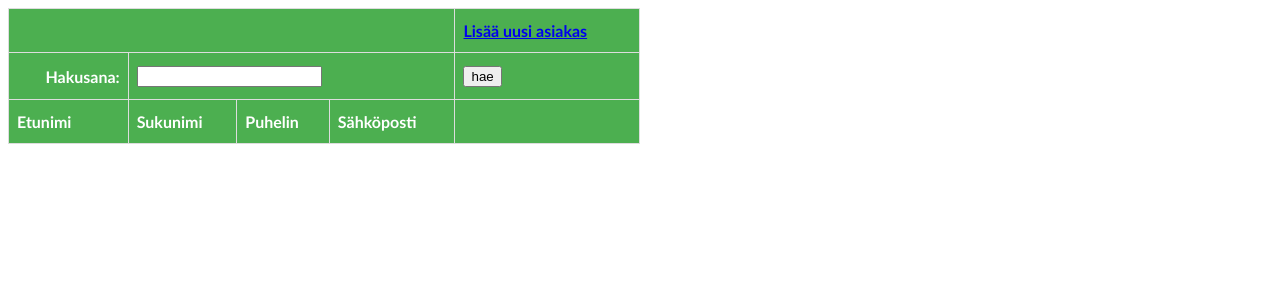
Repository: Muutostehdas/Viikko7
Page: http://localhost/Asiakas_NatiiviJS/listaaasiakkaat.jsp
An editor plug-in stored every save of this project. The page is shown before and after the next save, followed by the edit.
The browser window is 1280 px wide. The pictures show the whole page.
The page is served by Tomcat 9. Other server files are loaded and not shown.

Above is the page before, as saved 2021-05-14 19:02:22.
Console error: ReferenceError: haeTiedot is not defined

### Asiakas_NatiiviJS/WebContent/listaaasiakkaat.jsp
<%@ page language="java" contentType="text/html; charset=ISO-8859-1"
	pageEncoding="ISO-8859-1"%>
<!DOCTYPE html>
<html>
<head>
<meta charset="ISO-8859-1">
<link rel="stylesheet" type="text/css" href="css/main1.css">
<script src="scripts/main.js"></script>
<title>listaa asiakkaat</title>
<style>
.oikealle {
	text-align: right;
}
</style>
</head>
<body onkeydown="tutkiKey(event)">
	<table id="listaus">
		<thead>
			<tr>
				<th colspan="4" id="ilmo"></th>
				<th><a id="uusiAsiakas" href="lisaaasiakas.jsp">Lisää uusi
						asiakas</a></th>
			</tr>
			<tr>
				<th class="oikealle">Hakusana:</th>
				<th colspan="3"><input type="text" id="hakusana"></th>
				<th><input type="button" value="hae" id="hakunappi"
					onclick="haeAsiakkaat()"></th>
			</tr>
			<tr>
				<th>Etunimi</th>
				<th>Sukunimi</th>
				<th>Puhelin</th>
				<th>Sähköposti</th>
				<th>&nbsp;</th>
				<!--  &nbsp; välilyönti jolla saadaan paremman näköinen   -->

			</tr>
		</thead>
		<tbody id="tbody">
		</tbody>
	</table>
	<script>
		haeTiedot();
		document.getElementById("hakusana").focus();//viedään kursori hakusana-kenttään sivun latauksen yhteydessä

		function tutkiKey(event) {
			if (event.keyCode == 13) {//Enter
				haeAsiakkaat();
			}
		}

		//Funktio tietojen hakemista varten
		//GET   /asiakkaat/{hakusana}
		function haeAsiakkaat() {
			document.getElementById("tbody").innerHTML = "";
			fetch("asiakkaat/" + document.getElementById("hakusana").value, {//Lähetetään kutsu backendiin
				method : 'GET'
			})
					.then(function(response) {//Odotetaan vastausta ja muutetaan JSON-vastaus objektiksi
						console.log(response);
						return response.json()
					})
					.then(
							function(responseJson) {
								var asiakkaat = responseJson.asiakkaat;
								var htmlStr = "";
								for (var i = 0; i < asiakkaat.length; i++) {
									htmlStr += "<tr>";
									htmlStr += "<td>" + asiakkaat[i].etunimi
											+ "</td>";
									htmlStr += "<td>" + asiakkaat[i].sukunimi
											+ "</td>";
									htmlStr += "<td>" + asiakkaat[i].puhelin
											+ "</td>";
									htmlStr += "<td>" + asiakkaat[i].sposti
											+ "</td>";
									htmlStr += "<td><a href='muutaasiakas.jsp?asiakas_id="
											+ asiakkaat[i].asiakas_id
											+ "'>Muuta</a>&nbsp;";
									htmlStr += "<span class='poista' onclick=poista('"
											+ asiakkaat[i].asiakas_id
											+ "')>Poista</span></td>";
									htmlStr += "</tr>";
								}
								document.getElementById("tbody").innerHTML = htmlStr;
							})
		}

		//Funktio tietojen poistamista varten. Kutsutaan backin DELETE-metodia ja välitetään poistettavan tiedon id.
		//DELETE /autot/id

		function poista(asiakas_id) {
			if (confirm("Poista asiakas " + asiakas_id + "?")) {
				fetch("asiakkaat/" + asiakas_id, {//Lähetetään kutsu backendiin
					method : 'DELETE'
				})
						.then(function(response) {//Odotetaan vastausta ja muutetaan JSON-vastaus objektiksi
							return response.json()
						})
						.then(
								function(responseJson) {//Otetaan vastaan objekti responseJson-parametrissä
									var vastaus = responseJson.response;
									if (vastaus == 0) {
										document.getElementById("ilmo").innerHTML = "Asiakkaan poisto epäonnistui.";
									} else if (vastaus == 1) {
										document.getElementById("ilmo").innerHTML = "Asiakkaan "
												+ etunimi + " poisto onnistui.";
										haeTiedot();
									}
									setTimeout(
											function() {
												document.getElementById("ilmo").innerHTML = "";
											}, 5000);
								})
			}
		}
	</script>
</body>
</html>

### Asiakas_NatiiviJS/WebContent/css/main1.css
@charset "ISO-8859-1";
table {
  font-family: "Trebuchet MS", Arial, Helvetica, sans-serif;
  border-collapse: collapse;
  width: 50%;
}

table td, table th {
  border: 1px solid #ddd;
  padding: 8px;
}

table tbody tr:nth-child(even){background-color: #f2f2f2;}

table tbody tr:hover {background-color: #ddd;}

table th {
  padding-top: 12px;
  padding-bottom: 12px;
  text-align: left;
  background-color: #4CAF50;
  color: white;
}

.poista{
	color: red;
	text-decoration: underline;
	cursor: pointer;
}

.oikealle{
	text-align: right;

}

#uusiAuto, #takaisin{
	color: white;
	cursor: pointer;
}

### Asiakas_NatiiviJS/WebContent/scripts/main.js

function requestURLParam(sParam){
    var sPageURL = window.location.search.substring(1);
    var sURLVariables = sPageURL.split("&");
    for (var i = 0; i < sURLVariables.length; i++){
        var sParameterName = sURLVariables[i].split("=");
        if(sParameterName[0] == sParam){
            return sParameterName[1];
        }
    }
}
function formDataToJSON(data){
	var returnStr="{";
	for(var i=0; i<data.length; i++){
		returnStr+="\"" +data[i].name + "\":\"" + data[i].value + "\",";
	}
	returnStr = returnStr.substring(0, returnStr.length - 1); //poistetaan viimeinen pilkku
	returnStr+="}";
	return returnStr;
}

function siivoa(teksti){
	teksti=teksti.replace("<","");
	teksti=teksti.replace(";","");
	teksti=teksti.replace("'","''");
	return teksti;
}

### Asiakas_NatiiviJS/src/control/Asiakkaat.java
package control;

import java.io.IOException;
import java.io.PrintWriter;
import java.util.ArrayList;
import javax.servlet.ServletException;
import javax.servlet.annotation.WebServlet;
import javax.servlet.http.HttpServlet;
import javax.servlet.http.HttpServletRequest;
import javax.servlet.http.HttpServletResponse;
import org.json.JSONObject;
import model.Asiakas;
import model.dao.Dao;


@WebServlet("/asiakkaat/*")					//kutsutaan Enpoint = "asiakkaat" huom kirj.pienellä
public class Asiakkaat extends HttpServlet {
	private static final long serialVersionUID = 1L;

	public Asiakkaat() {
		super();
		System.out.println("Asiakkaat.Asiakkaat()");
	}


	//Haetaan asiakkaan tiedot
	//GET 	/asiakkaat
    //GET  /asiakkaat/{hakusana}
    //GET /asiakkaat/haeyksi/asiakas_id


	protected void doGet(HttpServletRequest request, HttpServletResponse response) throws ServletException, IOException {
		System.out.println("Asiakkaat.doGet()");
		String pathInfo = request.getPathInfo();	//haetaan kutsun polkutiedot, esim. /8
		System.out.println("polku: "+pathInfo);
		Dao dao = new Dao();
		ArrayList<Asiakas> asiakkaat;
		String strJSON="";
		if(pathInfo==null) { //Haetaan kaikki asiakkaat
			asiakkaat = dao.listaaKaikki();
			strJSON = new JSONObject().put("asiakkaat", asiakkaat).toString();
		}else if(pathInfo.indexOf("haeyksi")!=-1) {		//polussa on sana "haeyksi", eli haetaan yhden asiakkaan tiedot
			//String asiakastunnus = pathInfo.replace("/haeyksi/", ""); //poistetaan polusta "/haeyksi/", jäljelle jää asiakas_id
			//int asiakas_id = Integer.parseInt(asiakastunnus);  //konvertoidaan String asiakastunnus Itegeriksi
			int asiakas_id = Integer.parseInt(pathInfo.replace("/haeyksi/", "")); //poistetaan polusta "/haeyksi/", jäljelle jää asiakas_id
			Asiakas asiakas = dao.etsiAsiakas(asiakas_id);
			if(asiakas ==null) {
				strJSON = "{}";
			}else {
			JSONObject JSON = new JSONObject();
			JSON.put("asiakas_id", asiakas.getAsiakas_id());
			JSON.put("etunimi", asiakas.getEtunimi());
			JSON.put("sukunimi", asiakas.getSukunimi());
			JSON.put("puhelin", asiakas.getPuhelin());
			JSON.put("sposti", asiakas.getSposti());
			strJSON = JSON.toString();
			}
		}else{ //Haetaan hakusanan mukaiset asiakkaat
			String hakusana = pathInfo.replace("/", "");
			asiakkaat = dao.listaaKaikki(hakusana);
			strJSON = new JSONObject().put("asiakkaat", asiakkaat).toString();
		}
		response.setContentType("application/json");
		PrintWriter out = response.getWriter();
		out.println(strJSON);
	}


	// Lisätään Asiakas kantaan
	protected void doPost(HttpServletRequest request, HttpServletResponse response)
			throws ServletException, IOException {
		System.out.println("Asiakkaat.doPost()");
		JSONObject jsonObj = new JsonStrToObj().convert(request); //Muutetaan kutsun mukana tuleva json-string json-objektiksi
		Asiakas asiakas = new Asiakas();
		//asiakas.setAsiakas_id(jsonObj.getInt("asiakas_id"));
		asiakas.setEtunimi(jsonObj.getString("etunimi"));
		asiakas.setSukunimi(jsonObj.getString("sukunimi"));
		asiakas.setPuhelin(jsonObj.getString("puhelin"));
		asiakas.setSposti(jsonObj.getString("sposti"));
		response.setContentType("application/json");
		PrintWriter out = response.getWriter();
		Dao dao = new Dao();
		if(dao.lisaaAsiakas(asiakas)){ //metodi palauttaa true/false
			out.println("{\"response\":1}");  //Asiakkaan lisääminen onnistui {"response":1}
		}else{
			out.println("{\"response\":0}");  //Asiakkaan lisääminen epäonnistui {"response":0}
		}
	}

	// Asiakkaan muuttaminen
	protected void doPut(HttpServletRequest request, HttpServletResponse response)
			throws ServletException, IOException {
		System.out.println("Asiakkaat.doPut()");
		JSONObject jsonObj = new JsonStrToObj().convert(request); //Muutetaan kutsun mukana tuleva json-string json-objektiksi
		//String vanhaasiakas_id = jsonObj.getString("vanhaasiakas_id");
		//String asiakas_id = jsonObj.getString("asiakas_id");
		//int vanhaasiakasnro = Integer.parseInt(jsonObj.getString("vanhaasiakas_id"));
		//int asiakas_id = Integer.parseInt(jsonObj.getString("asiakas_id"));
		Asiakas asiakas = new Asiakas();
		asiakas.setAsiakas_id(Integer.parseInt(jsonObj.getString("asiakas_id")));
		asiakas.setEtunimi(jsonObj.getString("etunimi"));
		asiakas.setSukunimi(jsonObj.getString("sukunimi"));
		asiakas.setPuhelin(jsonObj.getString("puhelin"));
		asiakas.setSposti(jsonObj.getString("sposti"));
		response.setContentType("application/json");
		PrintWriter out = response.getWriter();
		Dao dao = new Dao();
		if(dao.muutaAsiakas(asiakas)){ //metodi palauttaa true/false
			out.println("{\"response\":1}");  //Asiakkaan muuttaminen onnistui {"response":1}
		}else{
			out.println("{\"response\":0}");  //Asiakkaan muuttaminen epäonnistui {"response":0}
		}
	}
	//Asiakkaan poistaminen
	protected void doDelete(HttpServletRequest request, HttpServletResponse response)
			throws ServletException, IOException {
		System.out.println("Asiakkaat.doDelete()");
		String pathInfo = request.getPathInfo();	//haetaan kutsun polkutiedot, esim. /8 (asiakas_id)
		//System.out.println("polku: "+pathInfo);
		//String poistettavaAsiakas_id = pathInfo.replace("/", "");
		//int asiakas_id = Integer.parseInt(poistettavaAsiakas_id);   //muunnos String to Int
		int asiakas_id = Integer.parseInt(pathInfo.replace("/", ""));
		Dao dao = new Dao();
		response.setContentType("application/json");
		PrintWriter out = response.getWriter();
		//Dao dao = new Dao();
		if(dao.poistaAsiakas(asiakas_id)){ //metodi palauttaa true/false
			out.println("{\"response\":1}");  //Asiakkkaan poistaminen onnistui {"response":1}
		}else{
			out.println("{\"response\":0}");  //Asiakkaan poistaminen epäonnistui {"response":0}
		}
	}



}

### Asiakas_NatiiviJS/src/model/dao/Dao.java
package model.dao;

import java.sql.Connection;
import java.sql.DriverManager;
import java.sql.PreparedStatement;
import java.sql.ResultSet;
import java.util.ArrayList;
import model.Asiakas;

public class Dao {
	private Connection con = null;
	private ResultSet rs = null;
	private PreparedStatement stmtPrep = null;
	private String sql;
	private String db = "Myynti.sqlite";

	private Connection yhdista() {
		Connection con = null;
		String path = System.getProperty("catalina.base");
		path = path.substring(0, path.indexOf(".metadata")).replace("\\", "/"); // Eclipsessa
		// path += "/webapps/"; //Tuotannossa. Laita tietokanta webapps-kansioon
		String url = "jdbc:sqlite:" + path + db;
		try {
			Class.forName("org.sqlite.JDBC");
			con = DriverManager.getConnection(url);
			System.out.println("Yhteys avattu.");
		} catch (Exception e) {
			System.out.println("Yhteyden avaus epäonnistui.");
			e.printStackTrace();
		}
		return con;
	}

	public ArrayList<Asiakas> listaaKaikki() {
		ArrayList<Asiakas> asiakkaat = new ArrayList<Asiakas>();
		sql = "SELECT * FROM asiakkaat";
		try {
			con = yhdista();
			if (con != null) { // jos yhteys onnistui
				stmtPrep = con.prepareStatement(sql);
				rs = stmtPrep.executeQuery();
				if (rs != null) { // jos kysely onnistui
					// con.close();
					while (rs.next()) {
						Asiakas asiakas = new Asiakas();
						asiakas.setAsiakas_id(rs.getInt(1));
						asiakas.setEtunimi(rs.getString(2));
						asiakas.setSukunimi(rs.getString(3));
						asiakas.setPuhelin(rs.getString(4));
						asiakas.setSposti(rs.getString(5));
						asiakkaat.add(asiakas);
					}
				}
			}
			con.close();
		} catch (Exception e) {
			e.printStackTrace();
		}
		return asiakkaat;
	}

	public ArrayList<Asiakas> listaaKaikki(String hakusana) {
		ArrayList<Asiakas> asiakkaat = new ArrayList<Asiakas>();
		sql = "SELECT * FROM asiakkaat WHERE etunimi LIKE ? or sukunimi LIKE ? or sposti LIKE?";
		try {
			con = yhdista();
			if (con != null) { // jos yhteys onnistui
				stmtPrep = con.prepareStatement(sql);
				stmtPrep.setString(1, "%" + hakusana + "%");
				stmtPrep.setString(2, "%" + hakusana + "%");
				stmtPrep.setString(3, "%" + hakusana + "%");
				rs = stmtPrep.executeQuery();
				if (rs != null) { // jos kysely onnistui
					// con.close();
					while (rs.next()) {
						Asiakas asiakas = new Asiakas();
						asiakas.setAsiakas_id(rs.getInt(1));
						asiakas.setEtunimi(rs.getString(2));
						asiakas.setSukunimi(rs.getString(3));
						asiakas.setPuhelin(rs.getString(4));
						asiakas.setSposti(rs.getString(5));
						asiakkaat.add(asiakas);
					}
				}
			}
			con.close();
		} catch (Exception e) {
			e.printStackTrace();
		}
		return asiakkaat;
	}

	public boolean lisaaAsiakas(Asiakas asiakas){
		boolean paluuArvo=true;  //Määritellään paluuarvo
		sql="INSERT INTO asiakkaat (etunimi,sukunimi,puhelin,sposti) VALUES(?,?,?,?)";	  // Lisätäään tietokantaan asiakas. eka? kohdistuu Etunimi
		try {
			con = yhdista();
			stmtPrep=con.prepareStatement(sql);
			//stmtPrep.setInt(1, asiakas.getAsiakas_id());
			stmtPrep.setString(1, asiakas.getEtunimi());
			stmtPrep.setString(2, asiakas.getSukunimi());
			stmtPrep.setString(3, asiakas.getPuhelin());
			stmtPrep.setString(4, asiakas.getSposti());
			stmtPrep.executeUpdate();
			//System.out.println("Uusin id on " + stmtPrep.getGeneratedKeys().getInt(1));
	        con.close();
		} catch (Exception e) {
			e.printStackTrace();
			paluuArvo=false;
		}
		return paluuArvo;
	}
	public boolean poistaAsiakas(int asiakas_id){ //Oikeassa elämässä tiedot ensisijaisesti merkitään poistetuksi.
		boolean paluuArvo=true;
		sql="DELETE FROM asiakkaat WHERE asiakas_id=?";
		try {
			con = yhdista();
			stmtPrep=con.prepareStatement(sql);
			stmtPrep.setInt(1, asiakas_id);
			stmtPrep.executeUpdate();
	        con.close();
		} catch (Exception e) {
			e.printStackTrace();
			paluuArvo=false;
		}
		return paluuArvo;
	}

	public Asiakas etsiAsiakas(int asiakas_id) {
		Asiakas asiakas = null;
		sql = "SELECT * FROM asiakkaat WHERE asiakas_id=?";
		try {
			con=yhdista();
			if(con!=null){
				stmtPrep = con.prepareStatement(sql);
				stmtPrep.setInt(1, asiakas_id);
        		rs = stmtPrep.executeQuery();
        		if(rs.isBeforeFirst()){ //jos kysely tuotti dataa, eli rekNo on käytössä
        			rs.next();
        			asiakas = new Asiakas();
        			asiakas.setAsiakas_id(rs.getInt(1));
        			asiakas.setEtunimi(rs.getString(2));
					asiakas.setSukunimi(rs.getString(3));
					asiakas.setPuhelin(rs.getString(4));
					asiakas.setSposti(rs.getString(5));
				}
			}
			con.close();
		} catch (Exception e) {
			e.printStackTrace();
		}
		return asiakas;
	}

	public boolean muutaAsiakas(Asiakas asiakas){
		boolean paluuArvo=true;
		sql="UPDATE asiakkaat SET  etunimi=?, sukunimi=?, puhelin=?, sposti=? WHERE asiakas_id=?";
		try {
			con = yhdista();
			stmtPrep=con.prepareStatement(sql);
			stmtPrep.setString(1, asiakas.getEtunimi());
			stmtPrep.setString(2, asiakas.getSukunimi());
			stmtPrep.setString(3, asiakas.getPuhelin());
			stmtPrep.setString(4, asiakas.getSposti());
			stmtPrep.setInt(5, asiakas.getAsiakas_id());
			stmtPrep.executeUpdate();
	        con.close();
		} catch (Exception e) {
			e.printStackTrace();
			paluuArvo=false;
		}
		return paluuArvo;
	}

	public boolean poistaKaikkiAsiakkaat(String pwd){ //Oikeassa elämässä tiedot ensisijaisesti merkitään poistetuksi.
		boolean paluuArvo=true;
		if(pwd!="nimda") {
			return false;
		}
		sql="DELETE FROM asiakkaat";
		try {
			con = yhdista();
			stmtPrep=con.prepareStatement(sql);
			stmtPrep.executeUpdate();
	        con.close();
		} catch (Exception e) {
			e.printStackTrace();
			paluuArvo=false;
		}
		return paluuArvo;
	}
}

After the next save:
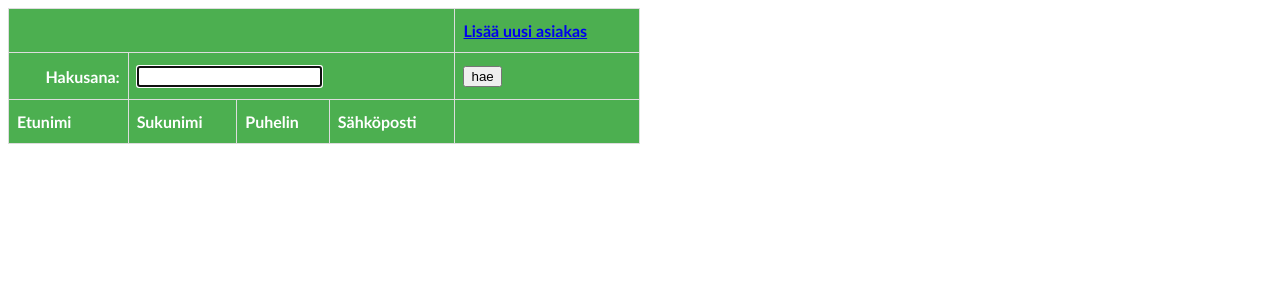
The error is gone.
Saved 6 min 58 s later.
--- a/Asiakas_NatiiviJS/WebContent/listaaasiakkaat.jsp
+++ b/Asiakas_NatiiviJS/WebContent/listaaasiakkaat.jsp
@@ -41,7 +41,7 @@
 		</tbody>
 	</table>
 	<script>
-		haeTiedot();
+		haeAsiakkaat();
 		document.getElementById("hakusana").focus();//viedään kursori hakusana-kenttään sivun latauksen yhteydessä
 
 		function tutkiKey(event) {
